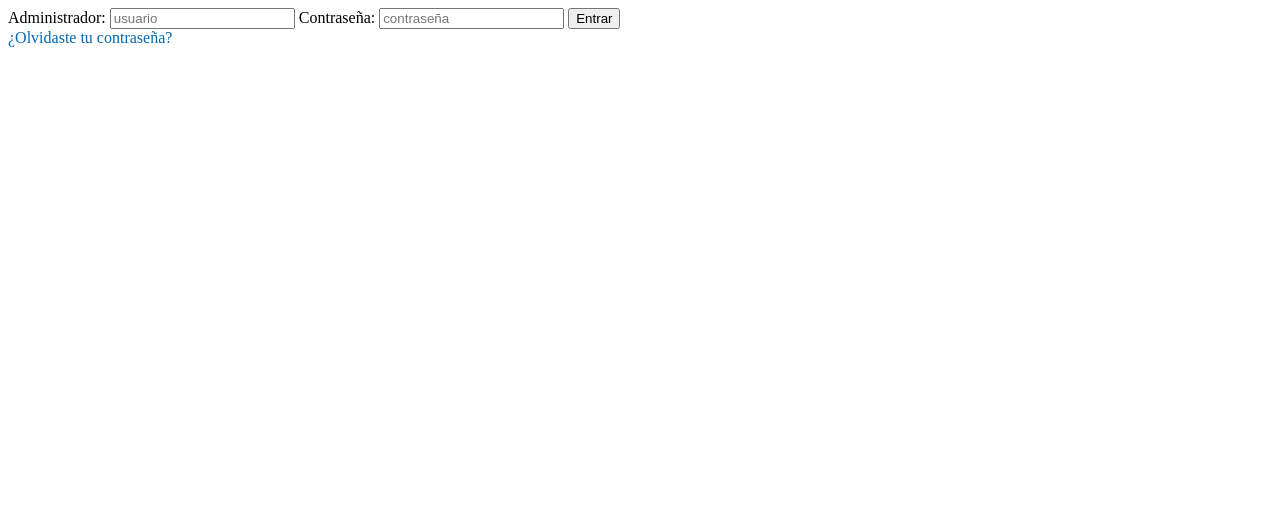
Repository: jluislechado/gestionUsuario
Page: http://localhost/php/admin.php
The author's editor kept a record of every edit. The page is drawn from the files as they stood at one moment, then again after the next edit.
The browser window is 1280 px wide. The pictures show the whole page.
The page is run by PHP 8.4 with error messages shown; the project is at /var/www/html/.

Above is the page before.

### workspace/php/admin.php
<!DOCTYPE html>
<html>
    <head>
        <meta charset="UTF-8">
        <title></title>
          <link rel="stylesheet" href="../estilo/estilo.css"/>
    </head>
    <body>
        <form action="phplogin.php" method="post">
            <span>Administrador: </span><input type="text" name="alias" placeholder="usuario"/>
            <span>Contraseña: </span><input type="password" name="contrasena" placeholder="contraseña"/>
            <input type="submit" value="Entrar"/>
        </form>
        <a href="olvidar.php">¿Olvidaste tu contraseña?</a>
    </body>
</html>

### workspace/estilo/estilo.css
header{
    width:100%;
}
#cabecera{
    width:100%;
}
#formularioIndex{
    width:450px;
    height:150px;
    border:1px solid #0168b3;
    margin:0 auto;
    font-family:raleway;
    font-size:20px;
    color:#0168b3;
    text-align:center;
}
#botonIndex{
    background-color:#0168b3;
    font-family:raleway;
    font-size:20px;
    color:white;
    width:287px;
}
.blanco{
    width:100%;
    height:50px;
}
#enlacesIndex{
    width:450px;
    margin:0 auto;
    font-family:raleway;
    font-size:20px;
    color:#0168b3;
    text-align:center;
}
a{
    list-style:none;
    text-decoration:none;
    color:#0168b3;
}
#administradorIndex{
    width:100%;
    font-family:raleway;
    font-size:20px;
    color:#0168b3;
    text-align:right;
}
#h1{
    width:100%;
    font-family:raleway;
    color:#0168b3;
    font-size:40px;
    text-align:center;
    font-weight:200;
}
#formularioIndex2{
    width:450px;
    height:150px;
    border:1px solid #0168b3;
    margin-left:50px;
    float:left;
    font-family:raleway;
    font-size:20px;
    color:white;
    background-color:#0168b3;
    text-align:center;
}
#ladoDerecho{
    width:250px;
    float:right;
    margin-right:50px;
}
.usuario{
    width:250px;
    border:1px solid white;
    text-align:center;
    font-family:raleway;
    font-size:20px;
    background-color:#0168b3;
    margin-bottom:8px;
}
.usuario a{
   color:white;
}
table{
    margin:0 auto;
    font-family:raleway;
}
.mensaje{
    font-family:raleway;
    font-size:20px;
    background-color:#0168b3;
}

After the next edit:
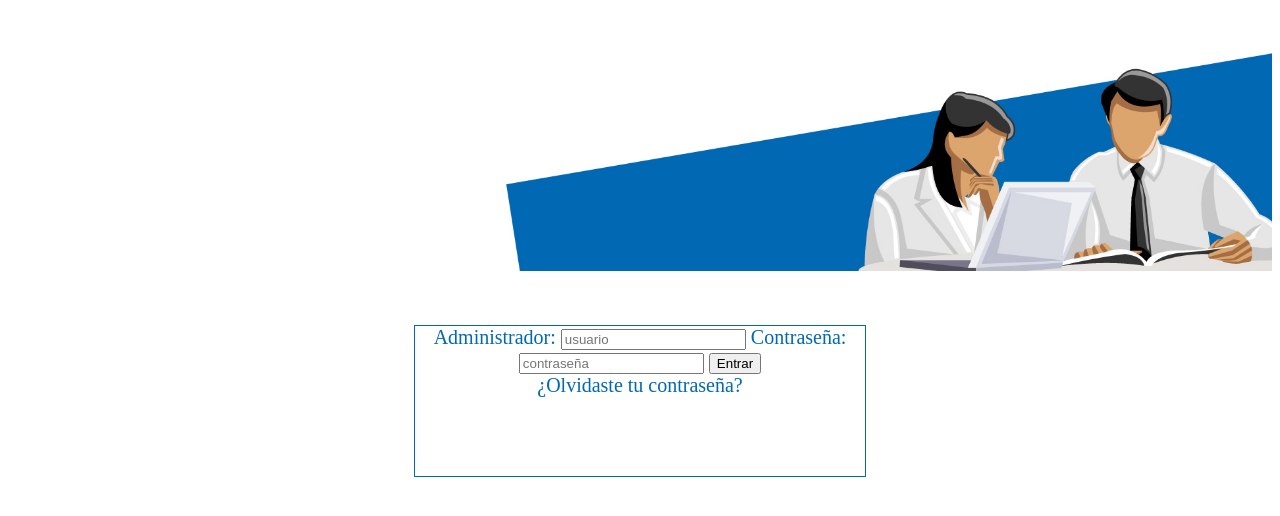
The edit:
--- a/workspace/php/admin.php
+++ b/workspace/php/admin.php
@@ -6,7 +6,12 @@
           <link rel="stylesheet" href="../estilo/estilo.css"/>
     </head>
     <body>
-        <form action="phplogin.php" method="post">
+        <header>
+            <img src="../estilo/imagenes/cabecera.jpg" alt="cabecera" id="cabecera"/>
+        </header>
+        <div class="blanco"></div>
+        <div id="formularioIndex">
+        <form action="phpadmin.php" method="post">
             <span>Administrador: </span><input type="text" name="alias" placeholder="usuario"/>
             <span>Contraseña: </span><input type="password" name="contrasena" placeholder="contraseña"/>
             <input type="submit" value="Entrar"/>
